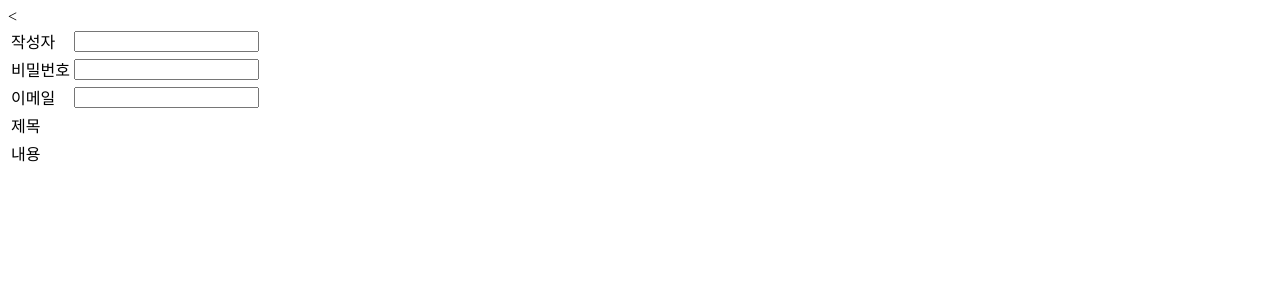
Repository: GitOnibi/jsp
Page: http://localhost/JSPprojec/notice/reply.jsp
The author's editor kept a copy of each file at every save. The page is drawn from the files as they stood at one save, then again after the next save.
The browser window is 1280 px wide. The pictures show the whole page.
The page is served by Tomcat 9. Queries for data that is not in the repository find no rows.

Above is the page before, as saved 2019-01-14 10:33:27.

After the next save:
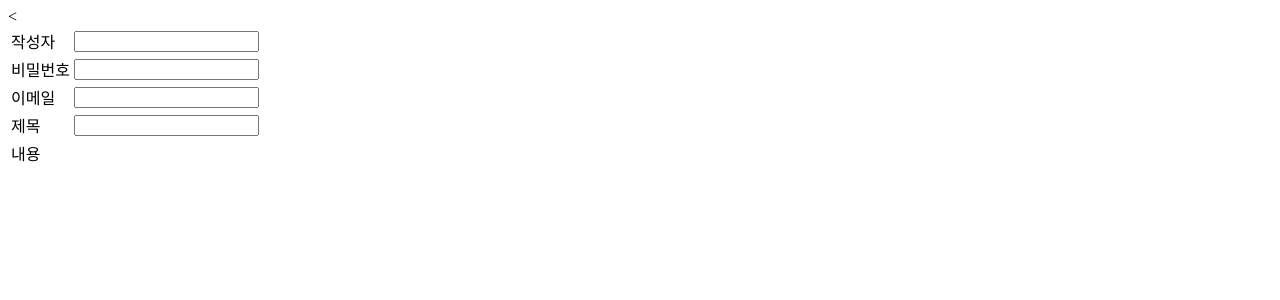
Saved 6 s later.
--- a/JSPprojec/WebContent/notice/reply.jsp
+++ b/JSPprojec/WebContent/notice/reply.jsp
@@ -36,7 +36,7 @@
 			</tr>
 			<tr>
 				<td>제목</td>
-				<td></td>
+				<td><input type="text" name="re_title"/></td>
 			</tr>
 			<tr>
 				<td>내용</td>
